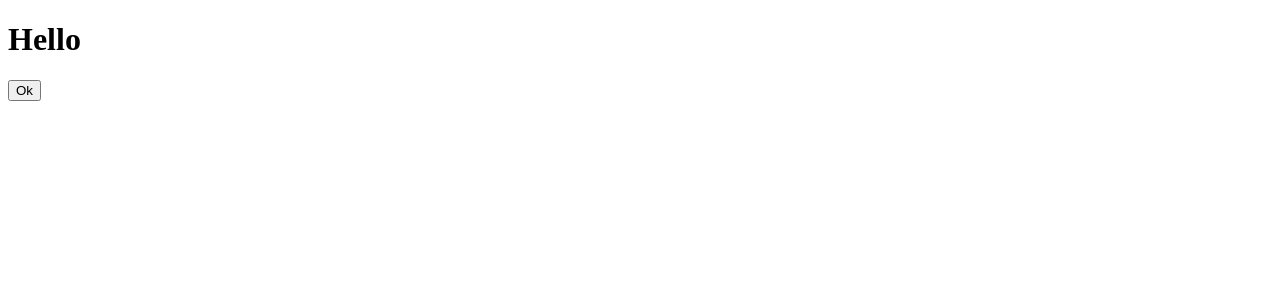
Repository: Strangeryoga/JSHS
Page: J2EE/P1/src/main/webapp/ok.html
The author's editor kept a copy of each file at every save. The page is drawn from the files as they stood at one save, then again after the next save.
The browser window is 1280 px wide. The pictures show the whole page.

Above is the page before, as saved 2023-05-22 05:44:49.

After the next save:
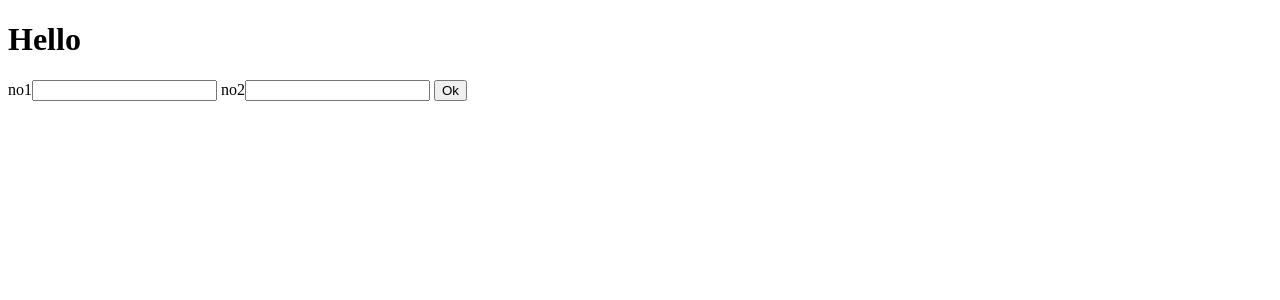
Saved 69 s later.
--- a/J2EE/P1/src/main/webapp/ok.html
+++ b/J2EE/P1/src/main/webapp/ok.html
@@ -8,6 +8,8 @@
 
 <form action="h1" method="get">
 <h1>Hello</h1>
+no1<input type="number">
+no2<input type="number">
 <button>Ok</button>
 </form>
 </body>
